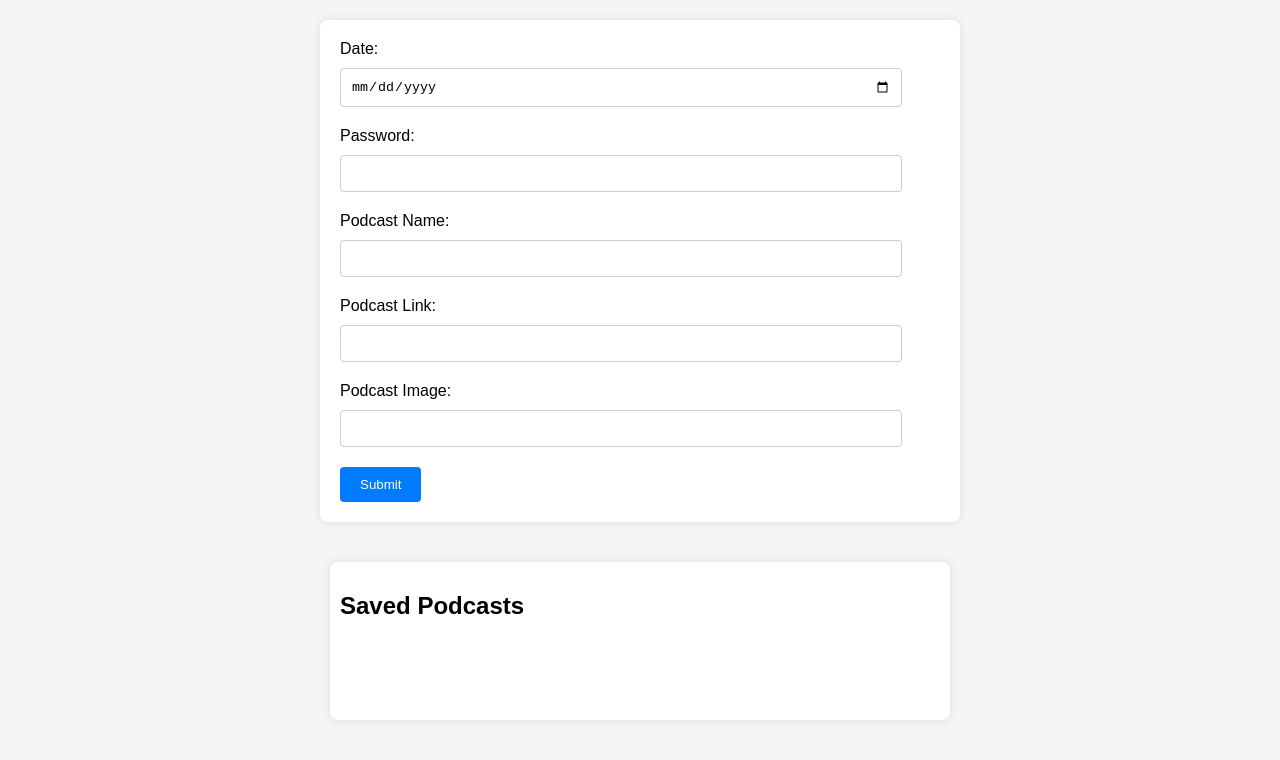
Repository: fechinmitchell/thedailyonepercent
Page: form.html
These files come from the project's save history. The page is drawn as it stood at one moment and after the next save; the edit follows.
The browser window is 1280 px wide. The pictures show the whole page.

Above is the page before, as saved 2023-06-22 20:34:58.

### form.html
<!DOCTYPE html>
<html>
<head>
  <link rel="stylesheet" type="text/css" href="popup.css">
</head>
<body>
  <div id="podcast-form-wrapper">
    <form id="podcast-form">
      <label for="date">Date:</label>
      <input type="date" id="date" name="date" required>

      <label for="password">Password:</label>
      <input type="password" id="password" name="password" required>

      <label for="podcastName">Podcast Name:</label>
      <input type="text" id="podcastName" name="podcastName" required>

      <label for="podcastLink">Podcast Link:</label>
      <input type="text" id="podcastLink" name="podcastLink" required>

      <label for="podcastImage">Podcast Image:</label>
      <input type="text" id="podcastImage" name="podcastImage" required>

      <button type="button" id="submit">Submit</button>
    </form>
  </div>
  <div id="podcast-list">
    <h2>Saved Podcasts</h2>
    <ul id="podcast-list-items">
      <!-- Podcast items will be appended here -->
    </ul>
  </div>
  <script src="form.js"></script>
</body>
</html>

### popup.css
body {
  background-color: #f5f5f5;
  font-family: Arial, sans-serif;
  display: flex;
  justify-content: flex-start; /* align items at the start */
  align-items: center;
  height: 100vh;
  margin: 0;
  flex-direction: column; /* arrange items vertically */
  padding: 20px; /* add some padding around the whole body */
  overflow: auto; /* allow scrolling on the whole body if needed */
}

#header {
  display: flex;
  justify-content: center;
  align-items: center;
  margin-bottom: 20px;
}

#header-image {
  margin-right: 10px;
}

#podcast-form-wrapper, #podcast-list {
  background-color: white;
  padding: 20px;
  border-radius: 8px;
  box-shadow: 0px 0px 10px rgba(0,0,0,0.1);
  width: 80%;
  max-width: 600px;
  margin-bottom: 20px; /* add some space between the form and the list */
}

#podcast-form label {
  display: block;
  margin-bottom: 10px;
}

#podcast-form input {
  width: 90%;
  padding: 10px;
  margin-bottom: 20px;
  border-radius: 4px;
  border: 1px solid #ccc;
}

#podcast-form button {
  background-color: #007BFF;
  color: white;
  border: none;
  border-radius: 4px;
  padding: 10px 20px;
  cursor: pointer;
}

#podcast-form button:hover {
  background-color: #0056b3;
}

#logo {
  width: 50px; /* Adjust this to change the size of the logo */
}

#podcast-list {
  margin-top: 20px;
  padding: 10px;
  height: 50vh; /* Adjust this to change the height of the podcast list */
  overflow-y: auto; /* Enable vertical scrolling for the podcast list */
}

#podcast-list-items li {
  margin-bottom: 10px;
}

.delete-btn {
  margin-left: 10px;
  color: red;
  cursor: pointer;
}

/* New additions */

#content-wrapper {
  width: 550px;
  display: flex;
  flex-direction: column;
  align-items: center;
  justify-content: space-between;
}

#podcast-card {
  width: 100%;
  height: 60px;
  display: flex;
  flex-direction: column;
  align-items: center;
  justify-content: space-between;
}

#logo {
  width: 100px;
  height: auto;
}

### form.js
function loadPodcasts() {
    var podcastList = document.getElementById('podcast-list-items');
    podcastList.innerHTML = '';  // clear the list

    // load all saved podcasts from local storage
    for (var i = 0; i < localStorage.length; i++) {
      var key = localStorage.key(i);
      var podcast = JSON.parse(localStorage.getItem(key));

      var li = document.createElement('li');
      li.innerText = key + ': ' + podcast.name + ' (' + podcast.link + ')';

      var deleteBtn = document.createElement('span');
      deleteBtn.className = 'delete-btn';
      deleteBtn.innerHTML = '&#10006;'; // X symbol
      deleteBtn.addEventListener('click', deletePodcast.bind(null, key));

      li.appendChild(deleteBtn);
      podcastList.appendChild(li);
    }
  }

  function deletePodcast(key) {
    localStorage.removeItem(key);
    loadPodcasts(); // Reload the podcast list to reflect the deletion
  }

  document.getElementById('submit').addEventListener('click', function() {
    var password = document.getElementById('password').value;

    if (password === 'your_password_here') {
      var date = document.getElementById('date').value;
      var newPodcastName = document.getElementById('podcastName').value;
      var newPodcastLink = document.getElementById('podcastLink').value;

      // Use the date as the key instead of the current day of the month
      localStorage.setItem(date, JSON.stringify({ name: newPodcastName, link: newPodcastLink }));
      alert("Podcast info saved for " + date + "!");

      // Reload the podcast list to include the new podcast
      loadPodcasts();
    } else {
      alert("Invalid password!");
    }
  });

  // Load the saved podcasts when the page is opened
  loadPodcasts();

After the next save:
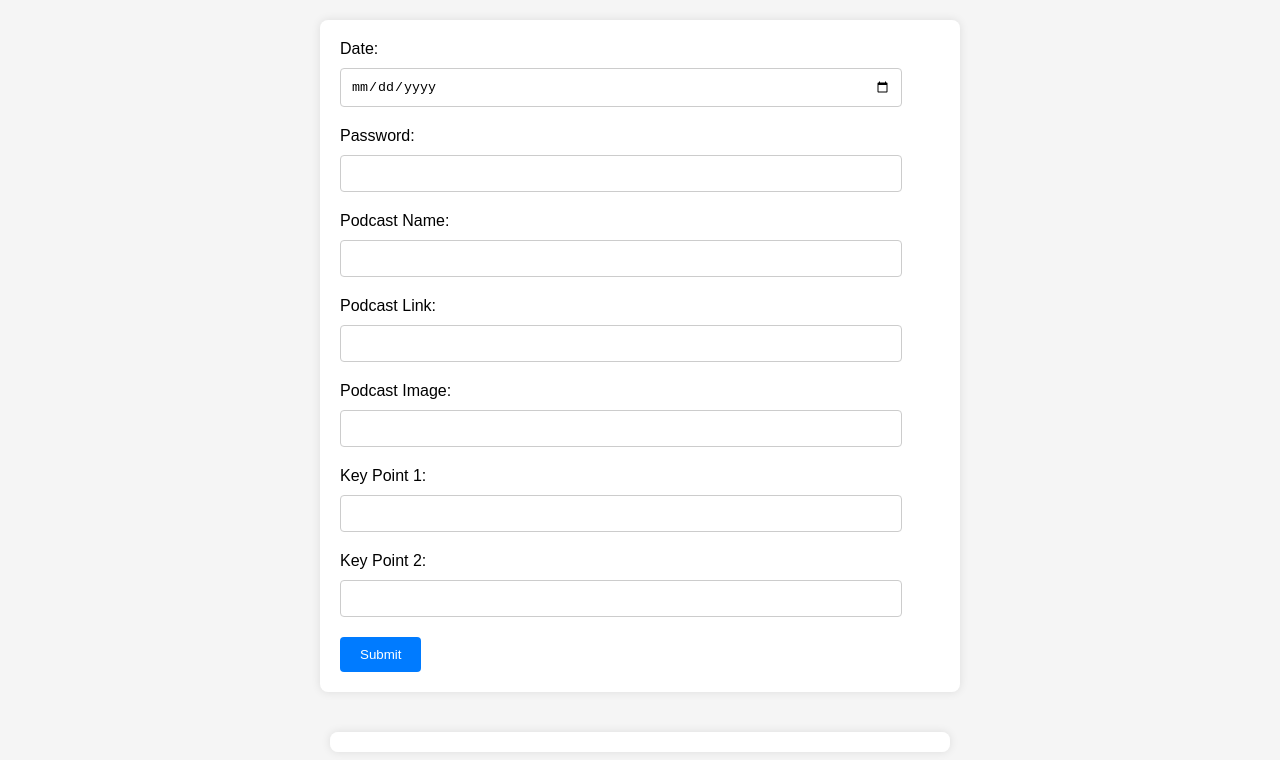
Saved 3 days later.
--- a/form.html
+++ b/form.html
@@ -21,6 +21,13 @@
       <label for="podcastImage">Podcast Image:</label>
       <input type="text" id="podcastImage" name="podcastImage" required>
 
+        <label for="point1">Key Point 1:</label>
+        <input type="text" id="point1" name="point1" required>
+
+        <label for="point2">Key Point 2:</label>
+        <input type="text" id="point2" name="point2" required>
+
+
       <button type="button" id="submit">Submit</button>
     </form>
   </div>
